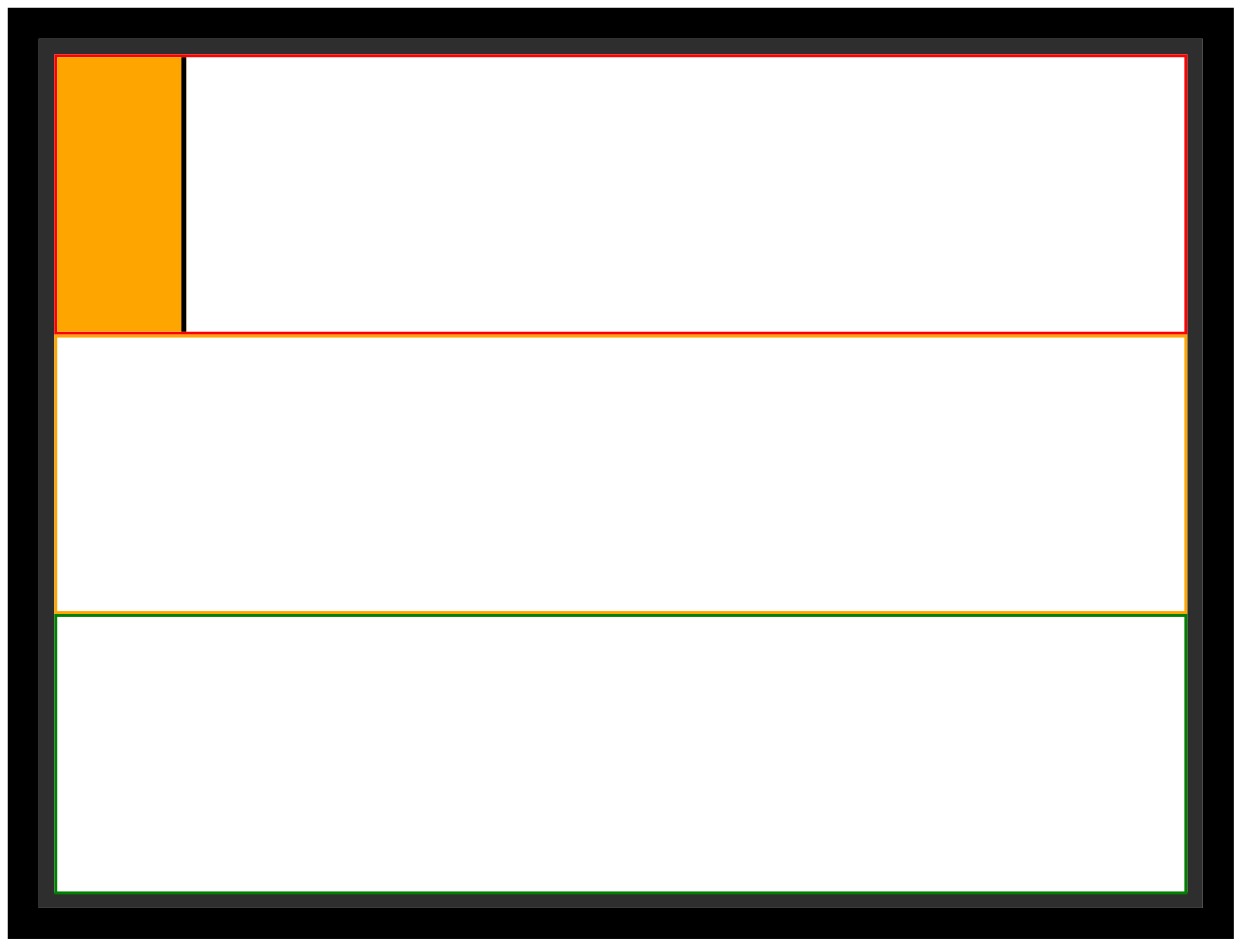
Repository: Tsardines/mondrian
Page: index.html
An editor plug-in stored every save of this project. The page is shown before and after the next save, followed by the edit.
The browser window is 1280 px wide. The pictures show the whole page, at 97% of full size.
Some web fonts or font styles are not loaded; a fallback is used.

Above is the page before, as saved 2019-10-20 16:13:12.

### index.html
<!DOCTYPE html>
<html>
  <head>
    <meta charset="UTF-8">
  <meta http-equiv="X-UA-Compatible" content="IE=edge,chrome=1">
  <meta name="viewport" content="width=device-width,initial-scale=1">
    <title>title</title>
  <meta name="author" content="name">
  <meta name="description" content="description here">
  <meta name="keywords" content="keywords,here">
  <link rel="stylesheet" href="//fonts.googleapis.com/css?family=font1|font2|etc" type="text/css">
  <link rel="stylesheet" href="styles.css" type="text/css">
  </head>
  <body>

    <div id="canvas">
        <div class="grid__container">
            <div class="grid__top">
                <div class="top__rect"></div>


            </div>
            <div class="grid__middle">



            </div>
            <div class="grid__bottom">



            </div>
    </div>
</div>

  </body>
</html>

### styles.css
#canvas {
    border: 2rem solid black;
    /* display: block; */
    height: 56rem;
}

.grid__container {
    border: 1rem solid rgb(46, 46, 46);
    height: 54rem;
}

.grid__top {
    border: 3px solid red;
    height: 32.7%;
}

.grid__middle {
    border: 3px solid orange;
    height: 32.7%;
}

.grid__bottom {
    border: 3px solid green;
    height: 32.7%;
}

.top__rect {
    background-color: orange;
    border-right: 5px solid black;
    height: 100%;
    width: 8rem;
}

After the next save:
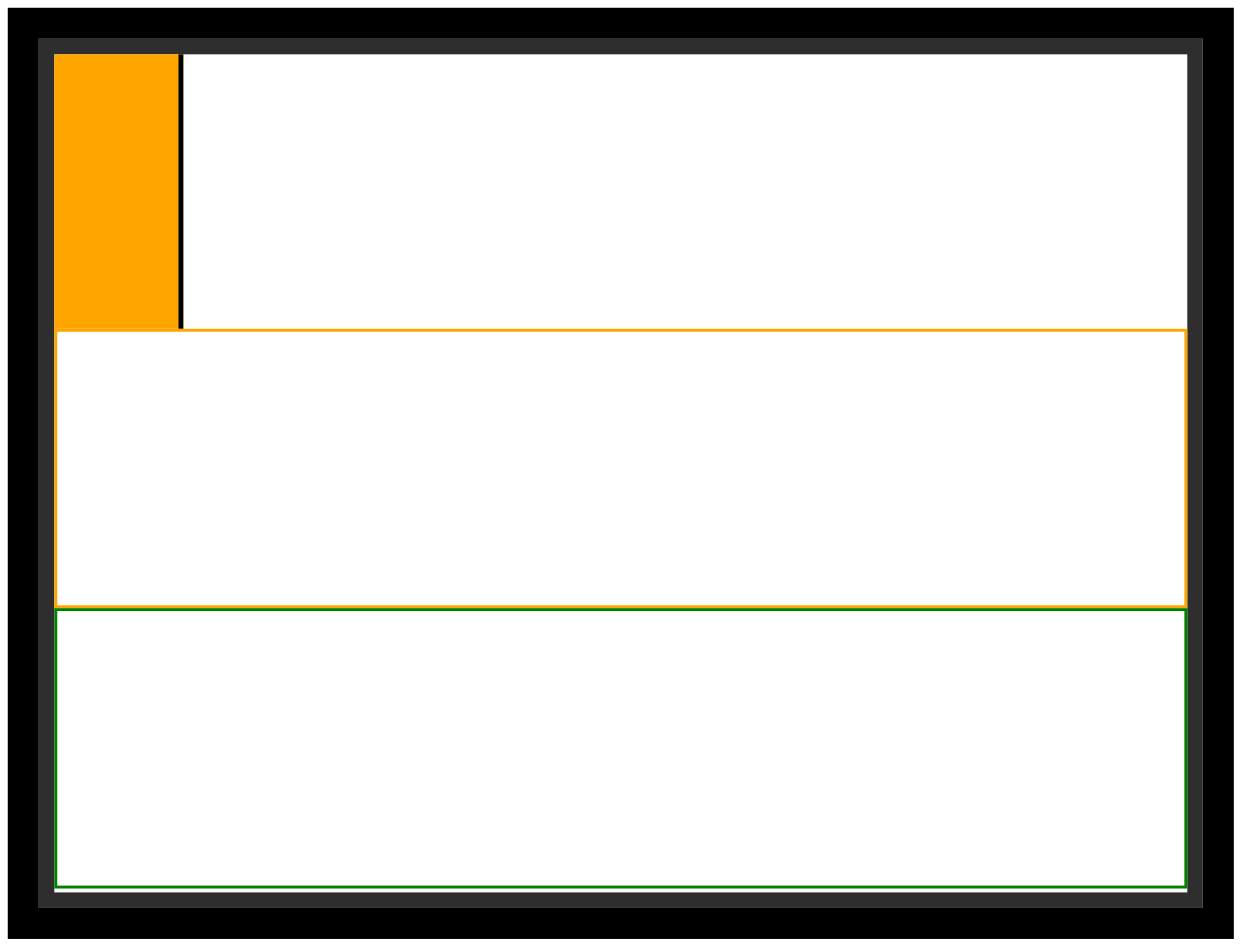
Saved 8 s later.
--- a/styles.css
+++ b/styles.css
@@ -10,7 +10,7 @@
 }
 
 .grid__top {
-    border: 3px solid red;
+    /* border: 3px solid red; */
     height: 32.7%;
 }
 
